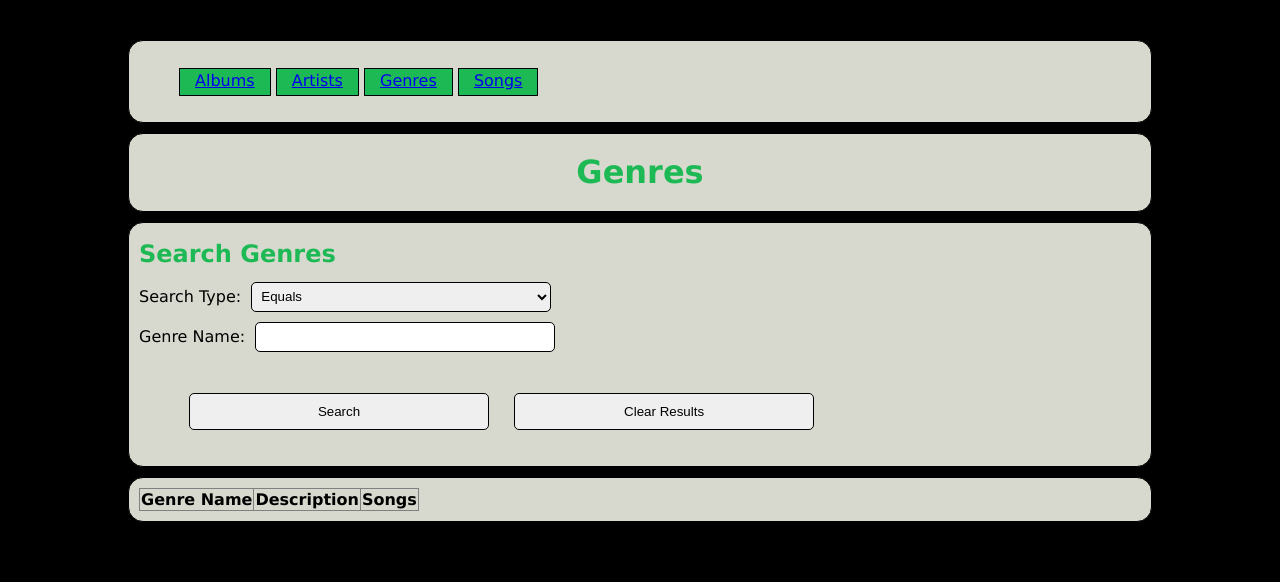
Repository: RRGTHWAR/bkg16_INFSCI1017
Page: bkg16_Music_FinalProject/WebContent/genre.html
An editor plug-in stored every save of this project. The page is shown before and after the next save, followed by the edit.
The browser window is 1280 px wide. The pictures show the whole page.

Above is the page before, as saved 2019-04-18 00:47:24.

### bkg16_Music_FinalProject/WebContent/genre.html
<html>
<head>
<meta charset="UTF-8">
<title>Music Genres</title>
<script src="js/jquery-3.3.1.min.js"></script>
<link href="css/style.css" rel="stylesheet" type="text/css" />

</head>
<body>
	<div id="navBar">
		<ul>
			<li><a href="album.html" title="Albums">Albums</a></li>
			<li><a href="artist.html" title="Artists">Artists</a></li>
			<li><a href="genre.html" title="Genres">Genres</a></li>
			<li><a href="song.html" title="Songs">Songs</a></li>
		</ul>
	</div>
	<h1 id="mainHeader" >Genres</h1>
	<div id="genreSearch" class="searchBox" >
		<h2>Search Genres</h2>
		<div>
			Search Type:
			<select name="searchType" id="searchType" class="textField">
				<option value="equals">Equals</option>
				<option value="begins">Begins</option>
				<option value="ends">Ends</option>
				<option value="contains">Contains</option>
				<option value="">All</option>
			</select>
		</div>
		<div>
			Genre Name: <input type="text" id="genreName" name="genreName" value="" class="textField" />
		</div>
		<div id="btns" >
			<ul>
				<li><input type="button" id="btnSearch" name="btnSubmit" class="actButton" value="Search" /></li>
				<li><input type="button" id="btnClear" name ="btnClear" class="actButton" value="Clear Results" /></li>
			</ul>
		</div>
	</div>


	<div id="searchResults">
		<div id="targetName" ></div>
		<table border="1" id="tblSearchResults">
			<tr>
				<th>Genre Name</th>
				<th>Description</th>
				<th>Songs</th>
			</tr>
		</table>
	</div>

</body>

<script>
	$(document).ready(function (){
		if (window.location.href.indexOf("?songID=") > -1) {
			var addy = window.location.href;
			var songID = addy.substring(addy.indexOf("=") + 1);
			var songTitle = ""
				var url = "SongWS?songID=" + songID;
				$.get(url, function(resp) {
					songTitle = resp.title;
					var targetName = "<h2>Song Title: " + songTitle + "</h2>";
					$("#targetName").append(targetName);
				});
			var url = "GenreListWS?songID=" + songID;
			$.get(url, function(resp){
				parseGenreData(resp);
			})
		};
		$("#btnClear").click(function (){
			clearResultsTable();
		});
		$("#btnSearch").click(function (){
			search();
		});

		$("#genreName").keyup(function(){
			var keyPressed = $("#genreName").val();
			if(keyPressed.length > 2) {
				search();
			} else {
				clearResultsTable();
			}

		});
	});

	function search(optSearchType) {
		var genreName = $("#genreName").val();
		var searchType = $("#searchType").val();
		var url = "GenreListWS?genreName=" + genreName + "&searchType=" + searchType;
		$.get(url, function(resp){
			parseGenreData(resp);
		})
	}

	function parseGenreData(data){
		// $("#searchResults").text(JSON.stringify(data));
		var result = "";

		for(var i=0; i < data.length; i++){
			var tr = $("<tr></tr>"); // created empty html table row

			// First data cell
			var td = $("<td></td>"); // created empty html table data
			td.html(data[i].genre_name);
			tr.append(td);

			// Second data cell
			// Note that we don't need to redeclare this
			td = $("<td></td>");
			td.html(data[i].description)
			tr.append(td);

			// Third data cell
			// Note that we don't need to redeclare this
			td = $("<td></td>");
			var link = "<a href='song.html?genreID=" + data[i].genre_id + "'>View Songs</a>";
			td.html(link)
			tr.append(td);


			// Append row to the table
			$("#tblSearchResults").append(tr);

			// result += 'Name: ' + data[i].genre_name + ' Description: ' + data[i].description + '<br />';
		}
	}

		// $("#searchResults").html(result);

		//Source: https://stackoverflow.com/questions/2620181/clear-table-jquery
		function clearResultsTable() {
			$("#tblSearchResults td").parent().remove();
		}

		//Source: https://memorynotfound.com/detect-enter-keypress-javascript-jquery/
		$(document).keypress(function(e) {
			var keycode = (e.keyCode ? e.keyCode : e.which);
			if (keycode == '13') {
				$("#btnSearch").click();
			}
		});
</script>
</html>

### bkg16_Music_FinalProject/WebContent/css/style.css
@charset "UTF-8";

html, body {
	background-color: black;
}

body {
	font-family: Verdana, Geneva, sans-serif;
	font-size: 100%;
	width: 80%;
	margin-right: auto;
	margin-left: auto;
	padding: 2.5% 2.5% 0;
	line-height: 1.8;
}

h1, h2, h3, h4, h5, h6, p {
	margin: 0;
	padding: 0;
}

h1, h2, h3, h4, h5, h6 {
	color: #1DB954;
}

p {
	margin-bottom: 1em;
}

#navBar {
	background-color: #D7D9CE;
	border: 1px solid #000;
	padding: 10px;
	border-radius: 15px;
}

#navBar ul li {
	background-color: #1DB954;
	margin-left: 0;
	margin-bottom: 10px;
	padding: 2px 15px 5px;
	border: 1px solid #000;
	list-style: none;
	display: inline;
}

#mainHeader {
	background-color: #D7D9CE;
	border: 1px solid #000;
	padding: 10px;
	margin-top: 10px;
	border-radius: 15px;
	text-align: center;
}

.searchBox {
	background-color: #D7D9CE;
	border: 1px solid #000;
	padding: 10px;
	margin-top: 10px;
	border-radius: 15px;
	margin-bottom: 10px;
}

.textField {
	border: 1px solid #000;
	border-radius: 5px;
	padding: 5px;
	margin: 5px;
	width: 300px;
	height: 30px;
}

#searchResults {
	background-color: #D7D9CE;
	border: 1px solid #000;
	padding: 10px;
	margin-top: 10px;
	border-radius: 15px;
	display: block;
	margin: 0 auto;
}

#btns ul li {
	padding: 10px;
	margin-top: 10px;
	border-radius: 15px;
	text-align: center;
	list-style: none;
	display: inline-block;
}

input[type=button] {
	border: 1px solid #000;
	padding: 10px;
	border-radius: 5px;
	display: inline-block;
	margin: 0 auto;
	width: 300px;
}

#tblSearchResults {
	border-collapse: collapse;
}

#tblSearchResults tr th td {
	border: 1px solid #000;
	padding: 5px;
	border-collapse: collapse;
	display: inline-block;
	margin: 0 auto;
	text-align: center;
}

Loaded but not shown: bkg16_Music_FinalProject/WebContent/js/jquery-3.3.1.min.js (library)

After the next save:
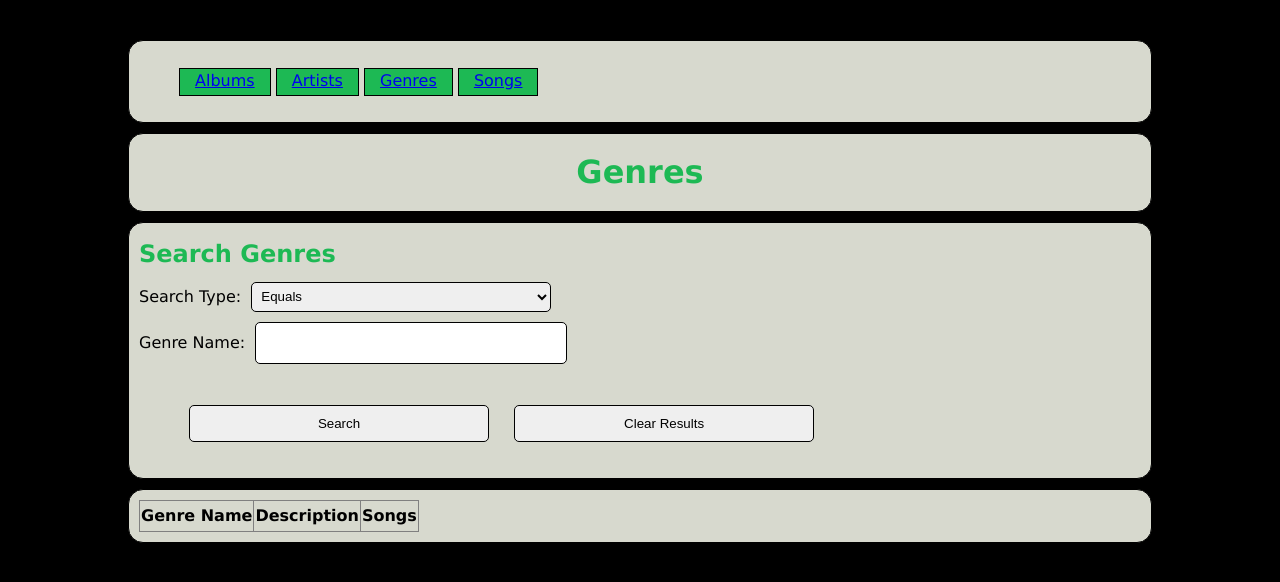
Saved 53 s later.
--- a/bkg16_Music_FinalProject/WebContent/genre.html
+++ b/bkg16_Music_FinalProject/WebContent/genre.html
@@ -1,10 +1,10 @@
+<!DOCTYPE html>
 <html>
 <head>
 <meta charset="UTF-8">
 <title>Music Genres</title>
+<link href="css/style.css" rel="stylesheet" type="text/css" />
 <script src="js/jquery-3.3.1.min.js"></script>
-<link href="css/style.css" rel="stylesheet" type="text/css" />
-
 </head>
 <body>
 	<div id="navBar">
